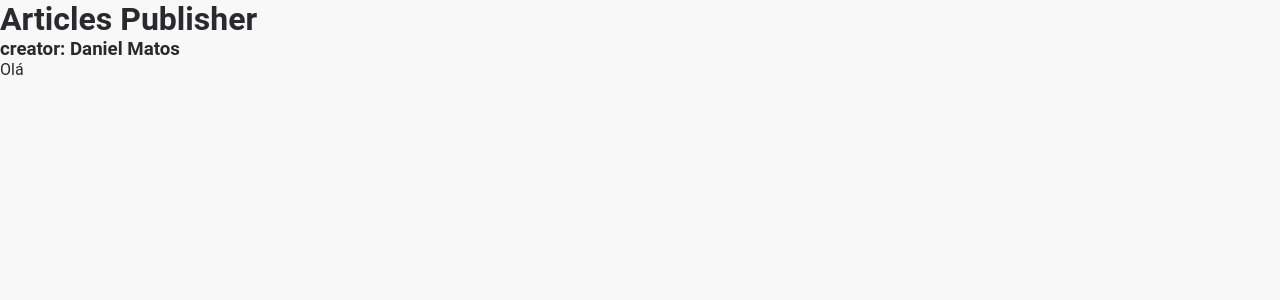
Repository: batmit/publish_articles
Page: /
The author's editor kept a copy of each file at every save. The page is drawn from the files as they stood at one save, then again after the next save.
The browser window is 1280 px wide. The pictures show the whole page.
The project was rebuilt for these pictures with package versions that can differ from the ones it lists, and the page was loaded fresh each time. Also part of the build but not shown: src/styles/Home.scss.

Above is the page before, as saved 2021-06-28 21:43:33.

### public/index.html
<!DOCTYPE html>
<html lang="en">
  <head>
    <meta charset="utf-8" />
    <meta name="viewport" content="width=device-width, initial-scale=1" />
    <meta name="theme-color" content="#000000" />
    <meta
      name="description"
      content="Web site created using create-react-app"
    />
    <title>publish_articles</title>
  </head>
  <body>
    <noscript>You need to enable JavaScript to run this app.</noscript>
    <div id="root"></div>
    <!--
      This HTML file is a template.
      If you open it directly in the browser, you will see an empty page.

      You can add webfonts, meta tags, or analytics to this file.
      The build step will place the bundled scripts into the <body> tag.

      To begin the development, run `npm start` or `yarn start`.
      To create a production bundle, use `npm run build` or `yarn build`.
    -->
  </body>
</html>

### src/App.tsx
import React from 'react';

import {Home} from './pages/Home';

import './styles/global.scss';



function App() {
  return (

      <Home />

  );
}

export default App;

### src/pages/Home.tsx
import '../styles/Home.scss'

export function Home() {
    return (
        <>
            <header>

                <h1>Articles Publisher</h1>
                <h3>creator: Daniel Matos</h3>

            </header>

            <main>

                <p>Olá</p>
            </main>
        </>


    );
}

### src/styles/global.scss
* {
    margin: 0;
    padding: 0;
    box-sizing: boder-box;
}

body{
    background: #f8f8f8;
    color: #29292e;
}

body, input, button, textarea {
    font: 400 16px 'Roboto', sans-serif ; // se não rodar o Roboto pega o sans-serif
}

Loaded but not shown: src/index.tsx (common file)

After the next save:
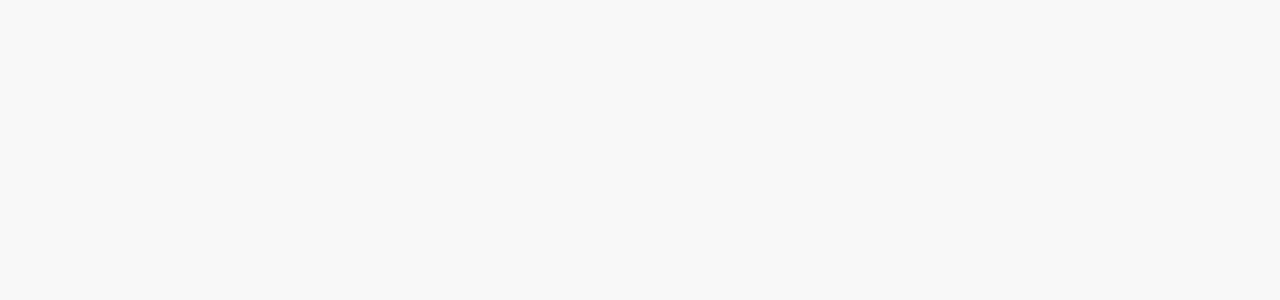
Saved 31 s later.
--- a/src/App.tsx
+++ b/src/App.tsx
@@ -1,4 +1,5 @@
 import React from 'react';
+import { BrowserRouter } from 'react-router-dom';
 
 import {Home} from './pages/Home';
 
@@ -9,7 +10,12 @@
 function App() {
   return (
 
-      <Home />
+    <BrowserRouter>
+
+
+
+
+    </BrowserRouter>
 
   );
 }

After the 4 saves that followed:
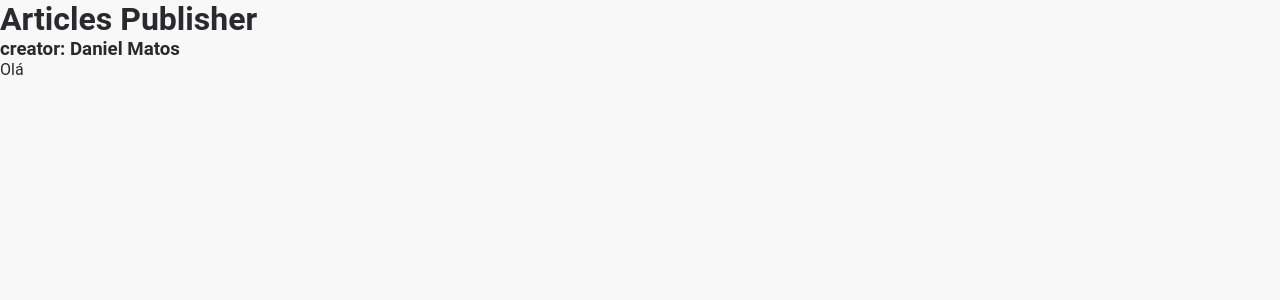
The 4 saves are shown as one change because 1 did not build or start and 1 left the picture as it was and some came seconds apart.
The last was saved 86 s later.
--- a/src/App.tsx
+++ b/src/App.tsx
@@ -1,5 +1,5 @@
 import React from 'react';
-import { BrowserRouter } from 'react-router-dom';
+import { BrowserRouter, Route } from 'react-router-dom';
 
 import {Home} from './pages/Home';
 
@@ -12,8 +12,7 @@
 
     <BrowserRouter>
 
-
-
+      <Route path='/' exact component={Home}/>
 
     </BrowserRouter>
 
